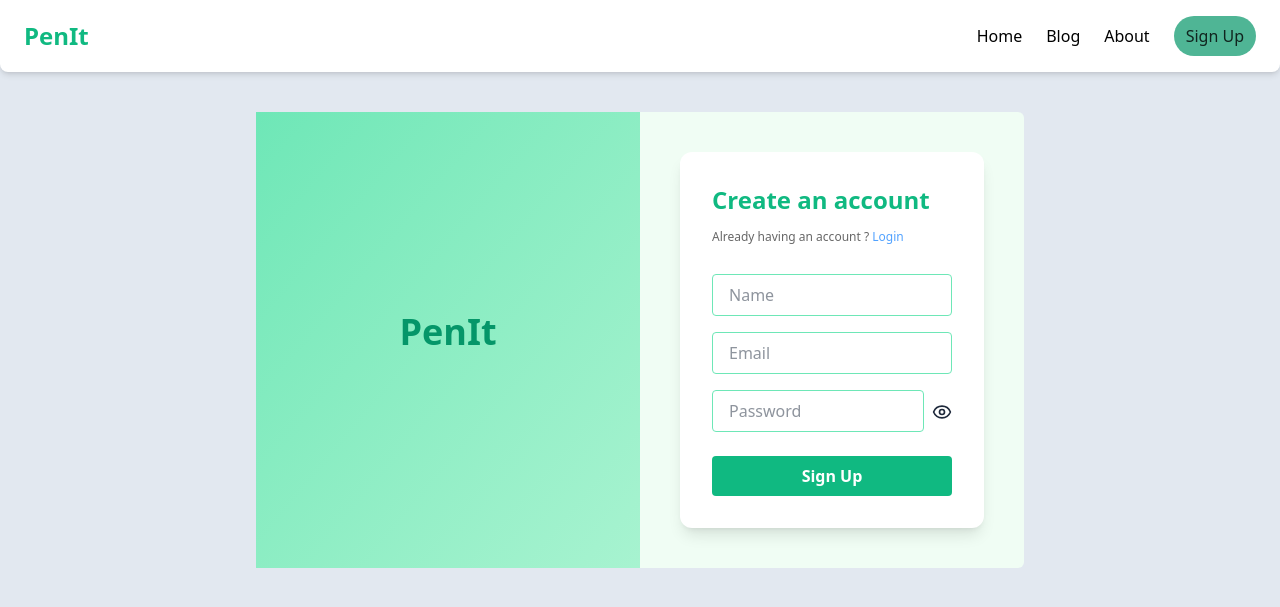
Repository: Mounika-chukkala/PenIt
Page: /signup (app in frontend/)
The author's editor kept a copy of each file at every save. The page is drawn from the files as they stood at one save, then again after the next save.
The browser window is 1280 px wide. The pictures show the whole page.
The project was rebuilt for these pictures with package versions that can differ from the ones it lists, and the page was loaded fresh each time. Also part of the build but not shown: frontend/vite.config.js, frontend/src/Pages/Signin.jsx, frontend/src/components/CreateBlog.jsx, frontend/src/Pages/AddBlog.jsx.

Above is the page before, as saved 2025-05-23 14:16:30.

After the next save:
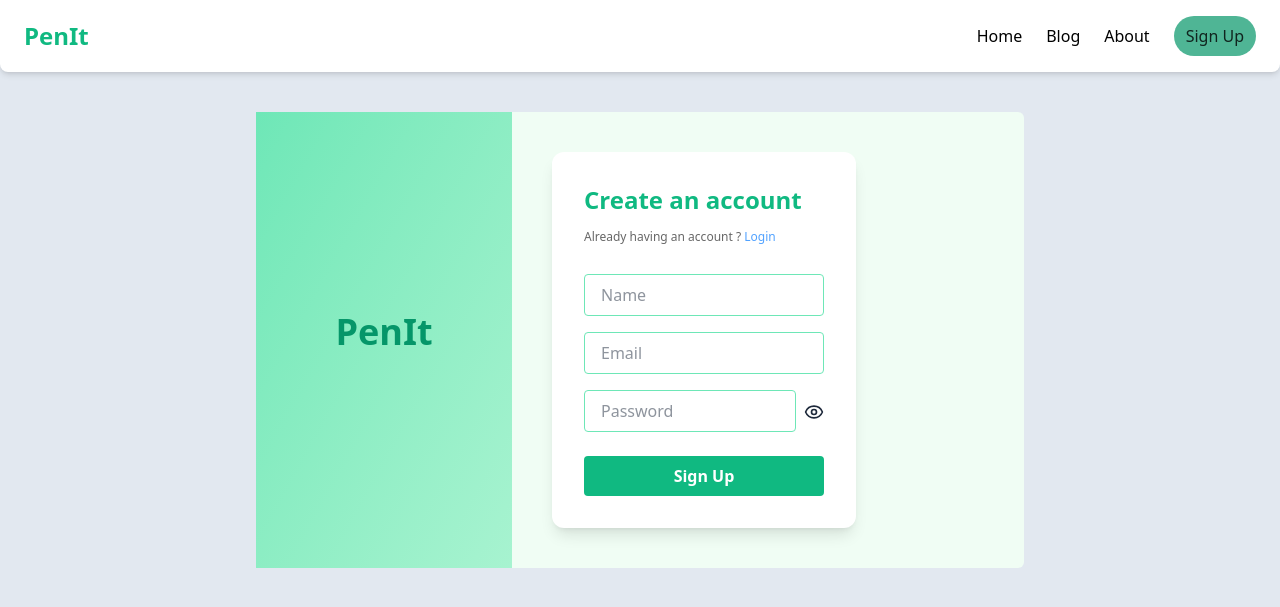
Saved 22 s later.
--- a/frontend/src/Pages/Signup.jsx
+++ b/frontend/src/Pages/Signup.jsx
@@ -35,7 +35,7 @@ alert(res.message)
   return (
         <div className="max-h-screen max-w-[80%] lg:max-w-[60%] rounded-md m-auto mt-10 flex bg-[#F0FDF4] text-[#1E293B]">
       {/* Left side visual placeholder */}
-      <div className="hidden sm:flex w-1/2  flex flex-col justify-center items-center p-10 bg-gradient-to-br from-[#6EE7B7] to-[#A7F3D0]">
+      <div className="hidden sm:flex w-1/3  flex flex-col justify-center items-center p-10 bg-gradient-to-br from-[#6EE7B7] to-[#A7F3D0]">
         <h1 className=" text-4xl font-bold text-[#059669] mb-4">PenIt</h1>
         {/* <p className="text-xl text-[#1E293B] text-center">
           Express your thoughts with style.<br /> A clean and calm blogging space.
